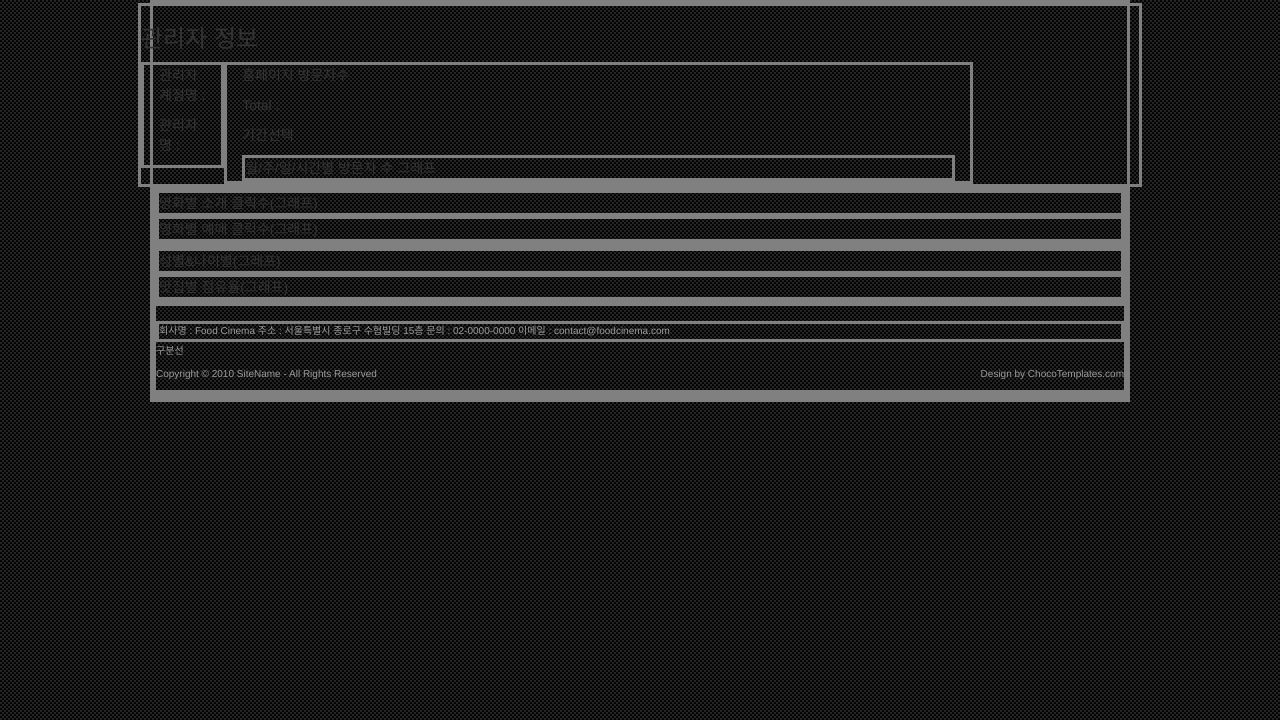
Repository: fhwang2/WEB
Page: http://localhost/FoodCinema/admin.jsp
An editor plug-in stored every save of this project. The page is shown before and after the next save, followed by the edit.
The browser window is 1280 px wide. The pictures show the whole page.
The page is served by Tomcat 9.

Above is the page before, as saved 2019-07-11 09:13:50.

### FoodCinema/WebContent/admin.jsp
<%@ page language="java" contentType="text/html; charset=UTF-8"
	pageEncoding="UTF-8"%>
<!DOCTYPE html>
<head>
<title>Food Cinema</title>
<meta http-equiv="Content-Type" content="text/html; charset=utf-8" />
<link rel="stylesheet" href="css/style.css" type="text/css" media="all" />
<link rel="stylesheet" href="https://maxcdn.bootstrapcdn.com/bootstrap/3.4.0/css/bootstrap.min.css">
<script src="https://ajax.googleapis.com/ajax/libs/jquery/3.4.1/jquery.min.js"></script>
<script	src="https://maxcdn.bootstrapcdn.com/bootstrap/3.4.0/js/bootstrap.min.js"></script>
<script type="text/javascript" src="js/jquery-1.4.2.min.js"></script>
<script type="text/javascript" src="js/jquery-func.js"></script>

<style>

.adminTotal{
	display : grid;
}
div {
	border-style: solid;
	border-color: gray;
}

</style>

</head>
<body>
	<div id="shell">
		<!-- <div id="header">
			<h1 id="logo">
				<a href="#">FoodCinema</a>
			</h1>
		</div> -->
		<div id="admin_total" class="row">
			<h3>관리자 정보</h3>
			<div id="admin_info" class="col-sm-1">

				<p class="">
					관리자 계정명 :
					<%

				%>
				</p>
				<p>
					관리자명 :
					<%

				%>
				</p>
			</div>
			<div id="totalCnt" class="col-sm-9">
				<p>홈페이지 방문자수</p>
				<p>
					Total :
					<%

				%>
				</p>
				<p>기간선택</p>
				<div id="visitor">월/주/일/시간별 방문자 수 그래프</div>
			</div>
		</div>
		<div id="movie_stat">
			<div id="movie_info_count">영화별 소개 클릭수(그래프)</div>
			<div id="movie_ing_count">영화별 예매 클릭수(그래프)</div>
		</div>
		<div id="matzip_stat">
			<div id="matzip_sex+age">성별&나이별(그래프)</div>
			<div id="matzip_share">맛집별 점유율(그래프)</div>
		</div>
		<div id="footer">
			<div id="companyInfo">
				회사명 : Food Cinema
				주소 : 서울특별시 종로구 수협빌딩 15층
				문의 : 02-0000-0000
				이메일 : contact@foodcinema.com
			</div>
			<p>구분선</p>
			<p class="lf">
				Copyright &copy; 2010 <a href="#">SiteName</a> - All Rights Reserved
			</p>
			<p class="rf">
				Design by <a href="http://chocotemplates.com/">ChocoTemplates.com</a>
			</p>
			<div style="clear: both;"></div>
		</div>
	</div>
</body>
</html>

### FoodCinema/WebContent/css/style.css
* {
	margin:0;
	padding:0;
	outline:0;
}
body {
	font-size:12px;
	line-height:1.3;
	font-family:Arial, Helvetica, Sans-Serif;
	color:white;
	background:url('images/body-bg.gif');
}
a {
	color:#e7b038;
	text-decoration:underline;
	cursor:pointer;
}
a:hover {
	text-decoration:none;
}
a img {
	border:0;
}
input, textarea, select {
	font-size:12px;
	font-family:Arial, Helvetica, sans-serif;
}
textarea {
	overflow:auto;
}
.cl {
	display:block;
	height:0;
	font-size:0;
	line-height:0;
	text-indent:-4000px;
	clear:both;
}
.notext {
	font-size:0;
	line-height:0;
	text-indent:-4000px;
}
.left, .alignleft {
	float:left;
	display:inline;
}
.right, .alignright {
	float:right;
	display:inline;
}
.text-right {
	text-align:right;
}
h2 {
	font-size:10px;
	color:#f2a223;
	font-weight:bold;
}
h3 {
	font-size:14px;
	color:#fff;
	font-weight:bold;
}
h4 {
	font-size:14px;
	color:#f3b12b;
	font-weight:bold;
}
#shell {
	width:980px;
	margin:0 auto;
}
#header {
	position:relative;
}
h1#logo {
	position:absolute;
	top:37px;
	left:0;
}
h1#logo a {
	float:left;
	width:239px;
	height:49px;
	background:url('images/logo.gif') no-repeat 0 0;
	font-size:0;
	line-height:0;
	text-indent:-4000px;
}
.social {
	float:right;
	width:160px;
	padding-top:11px;
}
.social span {
	float:left;
	display:inline;
	font-size:10px;
	color:#9f9f9f;
	line-height:16px;
	padding-right:5px;
}
.social ul {
	list-style:none;
}
.social ul li {
	float:left;
	display:inline;
	width:16px;
	padding-right:2px;
}
.social ul li a {
	float:left;
	display:inline;
	width:16px;
	height:16px;
	background:url('images/social.gif') no-repeat 0 0;
	font-size:0;
	line-height:0;
	text-indent:-4000px;
}
.social ul li a.facebook {
	background-position:-18px 0;
}
.social ul li a.vimeo {
	background-position:-36px 0;
}
.social ul li a.rss {
	background-position:-54px 0;
}
#navigation {
	float:right;
	clear:right;
	padding-top:28px;
	padding-bottom:47px;
}
#navigation ul {
	list-style:none;
}
#navigation ul li {
	float:left;
	display:inline;
	padding-left:29px;
}
#navigation ul li a {
	font-size:14px;
	font-weight:bold;
	color:#fff;
	text-decoration:none;
}
#navigation ul li a.active, #navigation ul li a:hover {
	color:#d91d2a;
}
#sub-navigation {
	display:block;
	clear:right;
	border-top:1px dashed #666;
	border-bottom:1px dashed #666;
	padding:8px 0;
}
#sub-navigation ul {
	list-style:none;
}
#sub-navigation ul li {
	float:left;
	display:inline;
	padding-right:23px;
}
#sub-navigation ul li a {
	font-size:14px;
	font-weight:bold;
	color:#fff;
	line-height:24px;
	text-decoration:none;
}
#sub-navigation ul li a:hover {
	text-decoration:underline;
}
#search {
	width:346px;
	margin:0 0 0 auto;
}
#search label {
	float:left;
	display:inline;
	font-size:14px;
	font-weight:bold;
	color:#fff;
	line-height:24px;
	padding-right:6px;
}
#search .search-field {
	width:238px;
	border:1px solid #413e3e;
	background:#000;
	color:#787878;
	padding:2px 0 2px 2px;
}
#search .search-button {
	font-size:14px;
	font-weight:bold;
	border:0;
	background:none;
	color:#fff;
	cursor:pointer;
}
#main {
	border-bottom:1px dashed #413e3e;
}
#content {
}
.box {
	width:980px;
	border-bottom:1px dashed #413e3e;
	padding-bottom:21px;
}
.box .head {
	width:980px;
	padding-top:14px;
	padding-bottom:11px;
}
.box .head h2 {
	float:left;
	display:inline;
}
.box .movie {
	width:152px;
	float:left;
	padding-right:12px;
}
.movie-image {
	float:left;
	width:152px;
	height:214px;
	position:relative;
}
.movie-image img {
	width:152px;
	height:214px;
}
.movie-image a {
	float:left;
	display:inline;
	width:152px;
	height:214px;
	position:relative;
	z-index:2;
}
.play {
	position:absolute;
	top:0;
	left:0;
	width:152px;
	height:214px;
	background:url('images/image-hover.png');
	display:block;
	z-index:5;
	cursor:pointer;
	display:none;
}
.movie span.name {
	font-weight:bold;
	color:#fff;
	font-size:14px;
	text-align:center;
	padding-top:160px;
	display:block;
}
.box .last {
	padding:0;
}
.rating {
	float:left;
	width:152px;
	padding-top:8px;
}
.rating p {
	float:left;
	font-size:10px;
	color:#fff;
	font-weight:bold;
}
.rating .stars {
	float:left;
	width:60px;
	height:11px;
	background:url('images/stars.gif') no-repeat 0 0;
	margin-left:2px;
}
.rating .stars-in {
	width:48px;
	display:inline;
	background:url('images/stars.gif') no-repeat 0 bottom;
	position:absolute;
	height:11px;
	font-size:0;
	line-height:0;
	text-indent:-4000px;
}
.comments {
	background:url('images/comments.gif') no-repeat 0 center;
	padding-left:12px;
	float:right;
}
#news {
	width:460px;
	float:left;
}
#news .head {
	width:460px;
	padding-top:11px;
	padding-bottom:14px;
}
#news h3, #coming h3 {
	float:left;
}
#coming {
	width:490px;
	float:left;
	padding-left:30px;
}
#coming .head {
	width:490px;
	padding-top:11px;
	padding-bottom:14px;
}
#coming .head strong {
	color:#ff361a;
}
#coming .content {
	min-height:130px;
	height:auto !important;
	height:130px;
	padding-bottom:20px;
}
#coming .content h4 {
	padding-bottom:3px;
}
.content {
	padding-bottom:28px;
}
.content .date {
	font-size:10px;
	color:#fff;
}
.content img {
	float:left;
	width:68px;
	padding-right:8px;
}
.content p {
	font-size:13px;
	color:#fff;
	line-height:16px;
}
.content a {
	font-size:11px;
}
#footer {
	padding:15px 0 0 0;
	font-size:10px;
}
#footer, #footer a {
	color:#9c9c9c;
	text-decoration:none;
}
#footer a:hover {
	text-decoration:none;
}
#footer p {
	margin:0;
	padding:0 0 11px 0;
	line-height:normal;
	white-space:nowrap;
}
#footer .lf {
	float:left;
}
#footer .rf {
	float:right;
}

Loaded but not shown: FoodCinema/WebContent/js/jquery-1.4.2.min.js (library); FoodCinema/WebContent/js/jquery-func.js (common file)

After the next save:
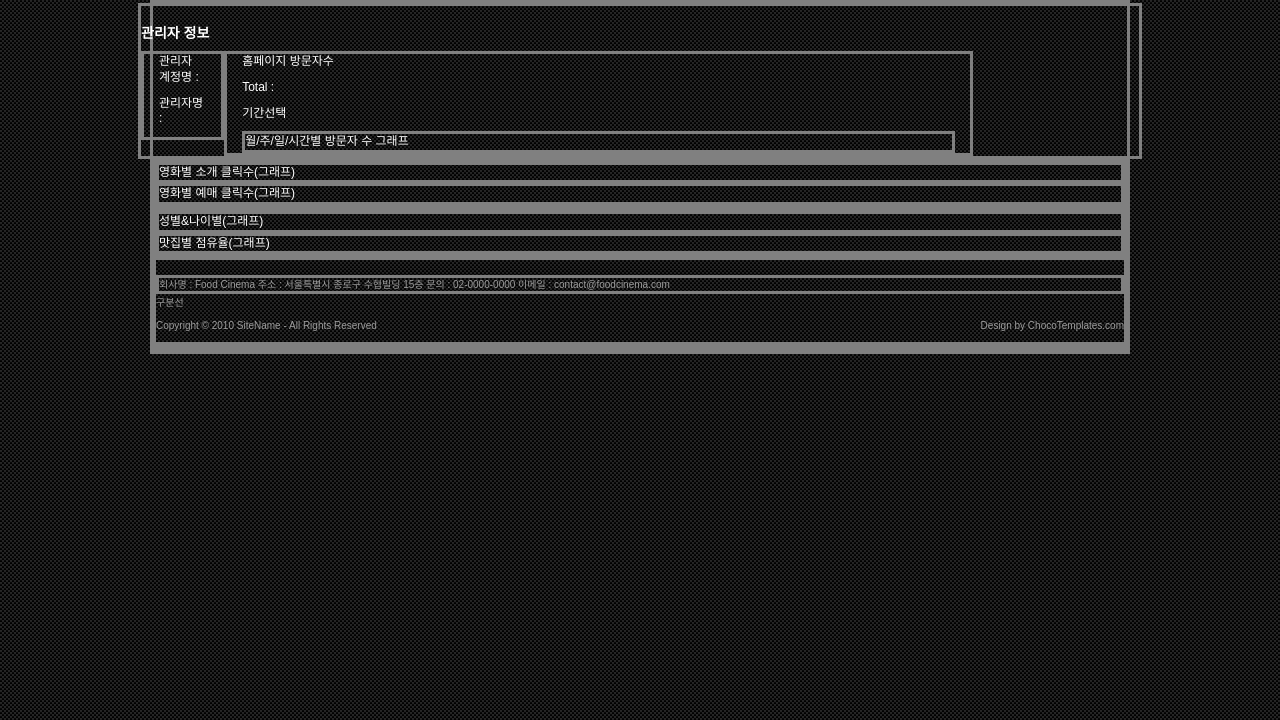
Saved 6 min 11 s later.
--- a/FoodCinema/WebContent/admin.jsp
+++ b/FoodCinema/WebContent/admin.jsp
@@ -4,8 +4,10 @@
 <head>
 <title>Food Cinema</title>
 <meta http-equiv="Content-Type" content="text/html; charset=utf-8" />
+
+<link rel="stylesheet" href="https://maxcdn.bootstrapcdn.com/bootstrap/3.4.0/css/bootstrap.min.css">
 <link rel="stylesheet" href="css/style.css" type="text/css" media="all" />
-<link rel="stylesheet" href="https://maxcdn.bootstrapcdn.com/bootstrap/3.4.0/css/bootstrap.min.css">
+
 <script src="https://ajax.googleapis.com/ajax/libs/jquery/3.4.1/jquery.min.js"></script>
 <script	src="https://maxcdn.bootstrapcdn.com/bootstrap/3.4.0/js/bootstrap.min.js"></script>
 <script type="text/javascript" src="js/jquery-1.4.2.min.js"></script>
